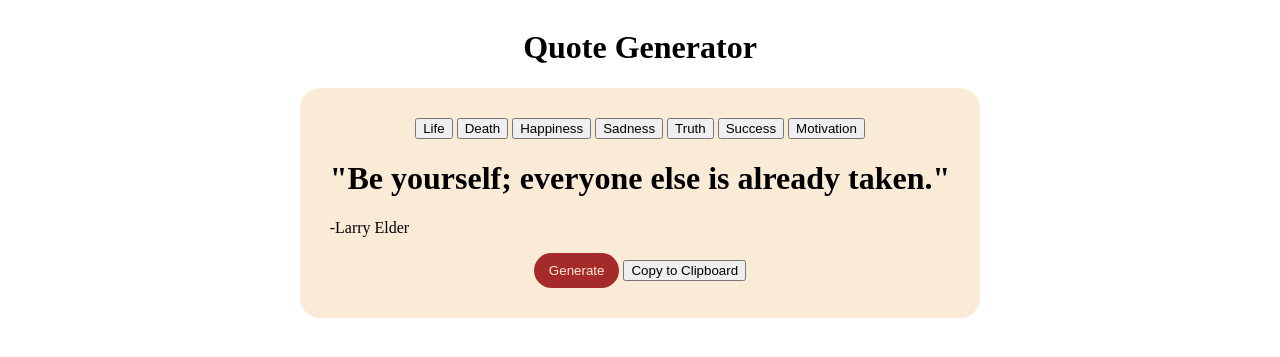
Repository: moehaymanmyint/Random-Quote-Generator
Page: index.html
An editor plug-in stored every save of this project. The page is shown before and after a run of saves, followed by the edit.
The browser window is 1280 px wide. The pictures show the whole page.

Above is the page before, as saved 2024-11-05 22:20:30.

### index.html
<!DOCTYPE html>
<html lang="en">
<head>
    <meta charset="UTF-8">
    <meta name="viewport" content="width=device-width, initial-scale=1.0">
    <title>Quote Generator</title>
    <link rel="stylesheet" href="style.css">
</head>
<body>
    <div class="container">
        <h1>Quote Generator</h1>
        <div class="quote-box">
            <div class="category">
                <input type="button" value="Life">
                <input type="button" value="Death">
                <input type="button" value="Happiness">
                <input type="button" value="Sadness">
                <input type="button" value="Truth">
                <input type="button" value="Success">
                <input type="button" value="Motivation">
            </div>
            <div class="quote">
                <h1>"Be yourself; everyone else is already taken."</h1>
                <p>-Larry Elder</p>
            </div>
            <div class="btn">
                <button class="generate-btn">Generate</button>
                <button class="copy-btn">Copy to Clipboard</button>
            </div>
        </div>
    </div>
</body>
</html>

### style.css
.container{
    display: flex;
    flex-direction: column;
    align-items: center;
}

.quote-box{
    background-color: antiquewhite;
    padding: 30px;
    display: flex;
    flex-direction: column;
    align-items: center;
    border-radius: 20px;
}

.generate-btn{
    padding: 10px 15px;
    border: none;
    border-radius: 40px;
    background-color: brown;
    color: antiquewhite;
}

After the next 2 saves:
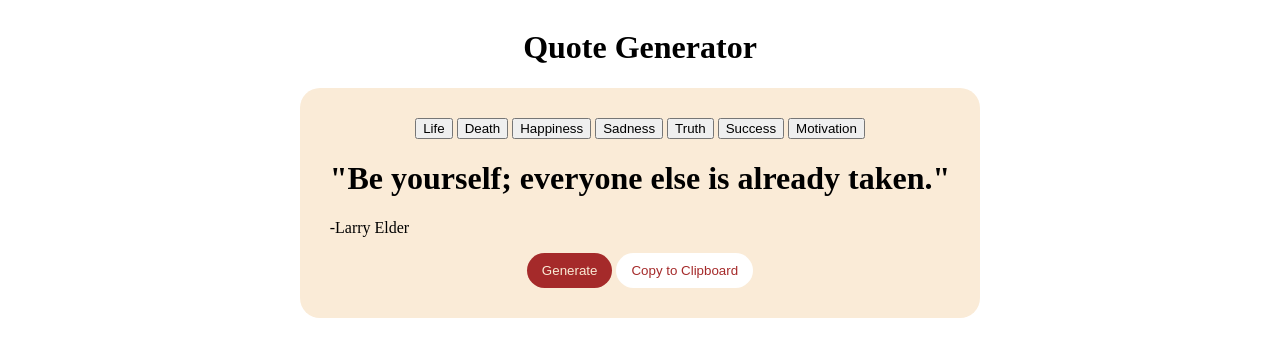
The 2 saves are shown as one change because they came seconds apart.
The last was saved 26 s later.
--- a/style.css
+++ b/style.css
@@ -20,3 +20,11 @@
     background-color: brown;
     color: antiquewhite;
 }
+
+.copy-btn{
+    padding: 10px 15px;
+    border: none;
+    border-radius: 40px;
+    background-color: white;
+    color: brown;
+}
